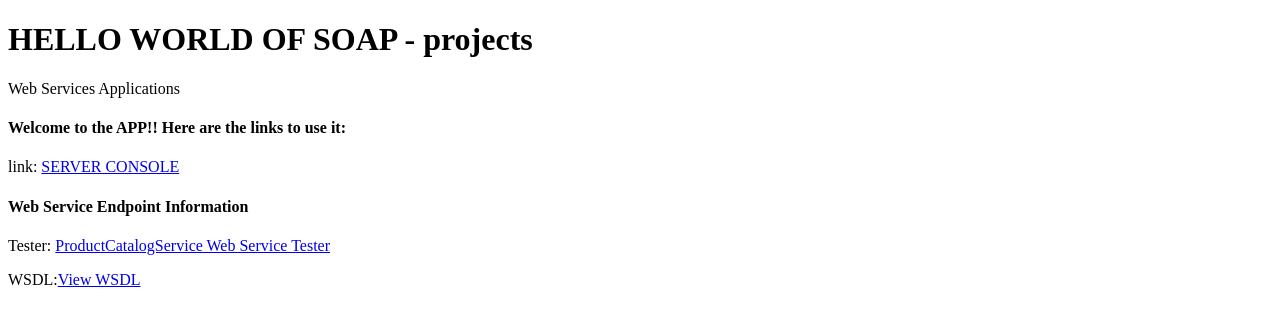
Repository: atafs/BackEnd_JAX-JAX-WS_SOAP
Page: http://localhost/Project_003_SOAP_server_ServiceAndContractFirst/
The author's editor kept a copy of each file at every save. The page is drawn from the files as they stood at one save, then again after the next save.
The browser window is 1280 px wide. The pictures show the whole page.
The page is served by Tomcat 9.

Above is the page before, as saved 2016-01-26 11:24:58.

After the next save:
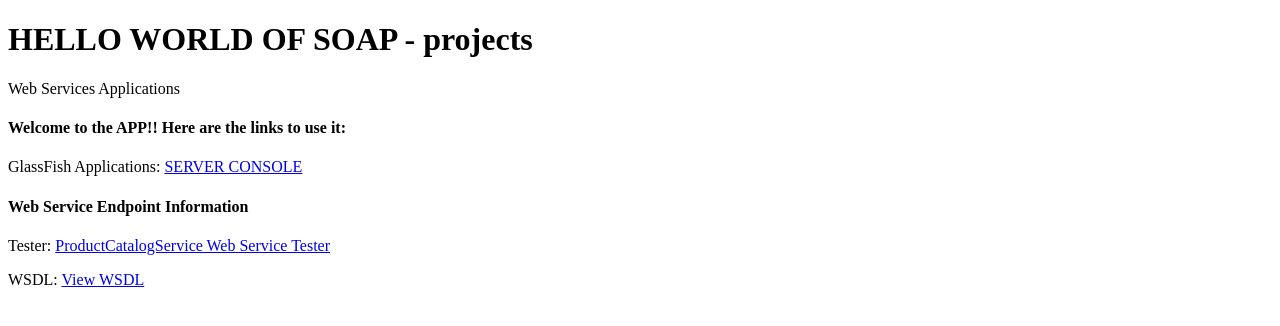
Saved 77 s later.
--- a/Project_003_SOAP_server_ServiceAndContractFirst/WebContent/index.jsp
+++ b/Project_003_SOAP_server_ServiceAndContractFirst/WebContent/index.jsp
@@ -16,11 +16,11 @@
 
 	<!-- LINKS -->
 	<h4>Welcome to the APP!! Here are the links to use it: </h4>
-	<p>link: <a href="http://localhost:4848/common/index.jsf">SERVER CONSOLE</a></p>
+	<p>GlassFish Applications: <a href="http://localhost:4848/common/index.jsf">SERVER CONSOLE</a></p>
 
 	<p></p>
 	<h4>Web Service Endpoint Information</h4>
 	<p>Tester: <a href="http://atafs:9090/Project_003_SOAP_server_ServiceAndContractFirst/ProductCatalogService?Tester">ProductCatalogService Web Service Tester</a></p>
-	<p>WSDL:<a href="http://atafs:9090/Project_003_SOAP_server_ServiceAndContractFirst/ProductCatalogService?wsdl">View WSDL</a></p>
+	<p>WSDL: <a href="http://atafs:9090/Project_003_SOAP_server_ServiceAndContractFirst/ProductCatalogService?wsdl">View WSDL</a></p>
 </body>
 </html>
